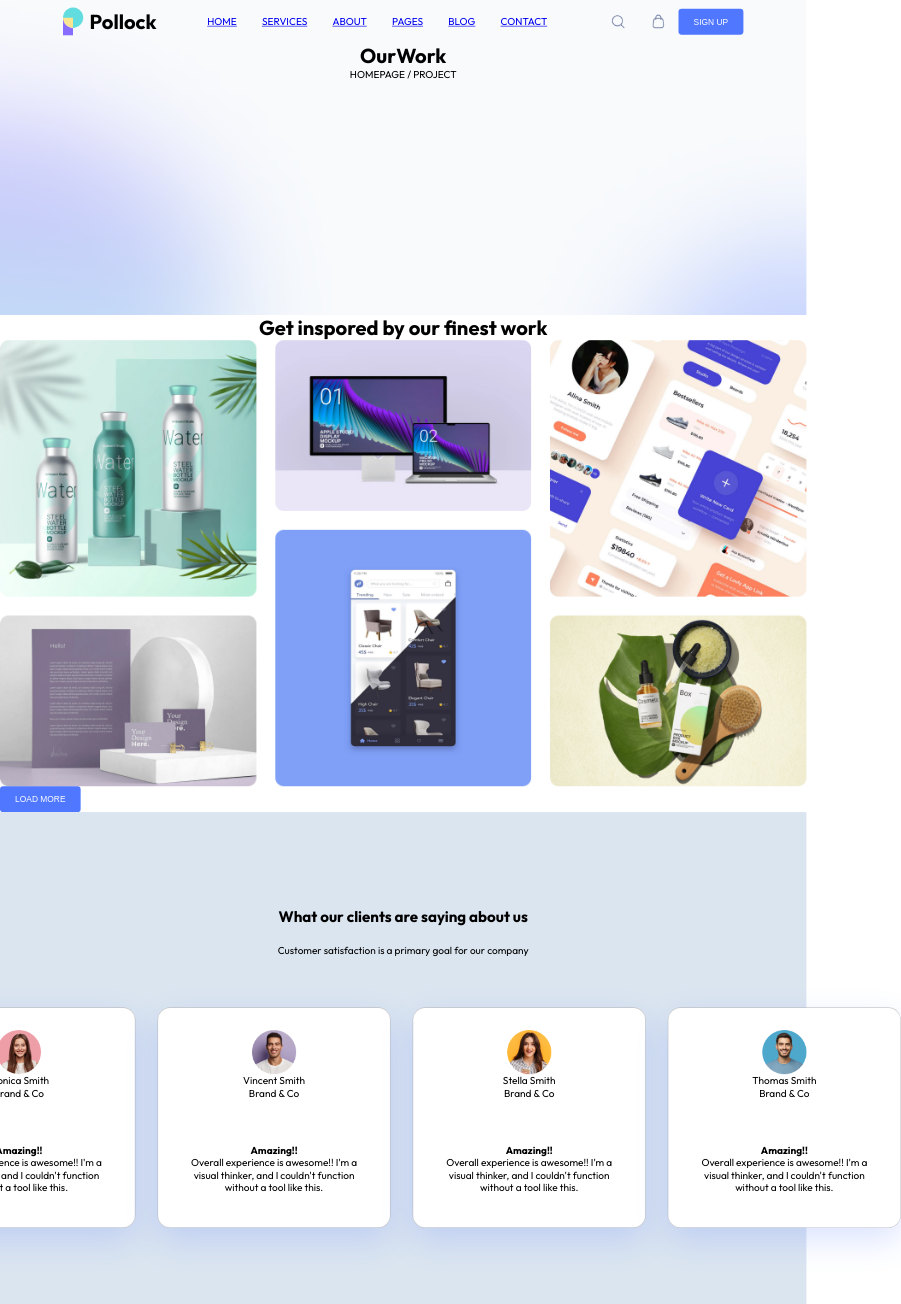
Repository: Nam936/exercises
Page: index.html
The author's editor kept a copy of each file at every save. The page is drawn from the files as they stood at one save, then again after the next save.
The browser window is 1280 px wide. The page is 1430 px wide, so the pictures cover 1430 px, including what lies to the right of the window. The pictures show the whole page, at 63% of full size.

Above is the page before, as saved 2022-12-30 14:13:58.

### index.html
<!DOCTYPE html>
<html lang="en">
<head>
    <meta charset="UTF-8">
    <meta http-equiv="X-UA-Compatible" content="IE=edge">
    <meta name="viewport" content="width=device-width, initial-scale=1.0">
    <title>Pollock</title>
    <link href="https://fonts.googleapis.com/css2?family=Outfit:wght@400;500;600;700&display=swap" rel="stylesheet">
    <link rel="stylesheet" href="style.css">
</head>
<body>
<div id="wrap">
    <div class="bg_header">
        <div class="container">
            <div class="header">
                <div class="menu_header">
                    <h1 class="logo">
                        <img src="/img/Frame_header.png" alt="logo">
                        <p class="txt_header">Pollock</p>
                    </h1>
                    <div class="lst_header">
                        <ul>
                            <li><a href="#">HOME</a></li>
                            <li><a href="#">SERVICES</a></li>
                            <li><a href="#">ABOUT</a></li>
                            <li><a href="#">PAGES</a></li>
                            <li><a href="#">BLOG</a></li>
                            <li><a href="#">CONTACT</a></li>
                        </ul>
                        </div>
                        <div class="icon_header">
                            <img class="search" src="/img/Iconex/Search_header.png" alt="">
                            <img class="cart" src="/img/Iconex/Bag_header.png" alt="">
                            <button>SIGN UP</button>
                        </div>
                    </div>
                </div>
                <div class="txt_ct">
                    <h1>OurWork</h1>
                    <p>HOMEPAGE / PROJECT</p>
                </div>
            </div>
        </div>
    </div>
    <div class="main">
        <div class="tit_main">
            <h1>Get inspored by our finest work</h1>
        </div>
            <div class="prod_main">
                <div class="prod_itm">
                    <img src="/img/main_img/1.png "alt="">
                    <img src="/img/main_img/2.png" alt="">
                </div>
                <div class="prod_itm">
                    <img src="/img/main_img/3.png" alt="">
                    <img src="/img/main_img/4.png" alt="">
                </div>
                <div class="prod_itm">
                    <img src="/img/main_img/5.png" alt="">
                    <img src="/img/main_img/6.png" alt="">
            </div>
        </div>
        <div class="button">
            <button>LOAD MORE</button>
        </div>



    <div class="member">
        <div class="head_mem">
            <div class="tit_mem">
                <h2>What our clients are saying about us</h2>
                <p>Customer satisfaction is a primary goal for our company</p>
            </div>
            <!-- <div class="scroll"></div> -->
        </div>
        <div class="slide">
            <div class="tag">
                <div class="tag_itm">
                    <div class="tag_avatar">
                        <div class="tag_cont">
                            <img src="/img/avatar/Avatar.png" alt="">
                            <div class="name_mem">
                                <span>Monica Smith</span>
                                <p>Brand & Co</p>
                            </div>
                        </div>
                    </div>
                    <div class="txt">
                        <strong>Amazing!!</strong>
                        <p>Overall experience is awesome!! I'm a visual thinker, and I couldn't function without a tool like this.</p>
                    </div>
                </div>
            </div>
            <div class="tag">
                <div class="itm">
                    <div class="tag_avatar">
                        <div class="tag_cont">
                            <img src="/img/avatar/Avatar2.png" alt="">
                            <div class="name_mem">
                                <span>Vincent Smith</span>
                                <p>Brand & Co</p>
                            </div>
                        </div>

                    </div>
                    <div class="txt">
                        <strong>Amazing!!</strong>
                        <p>Overall experience is awesome!! I'm a visual thinker, and I couldn't function without a tool like this.</p>
                    </div>
                </div>
            </div>
            <div class="tag">
                <div class="tag_itm">
                    <div class="tag_avatar">
                        <dv class="tag_cont">
                            <img src="/img/avatar/Avatar3.png" alt="">
                            <div class="name_mem">
                                <span>Stella Smith</span>
                                <p>Brand & Co</p>
                            </div>
                        </dv>
                    </div>
                    <div class="txt">
                        <strong>Amazing!!</strong>
                        <p>Overall experience is awesome!! I'm a visual thinker, and I couldn't function without a tool like this.</p>
                    </div>
                </div>
            </div>
            <div class="tag">
                <div class="tag_itm">
                    <div class="tag_avatar">
                        <div class="tag_cont">
                            <img src="/img/avatar/Avatar4.png" alt="">
                            <div class="name_mem">
                                <span>Thomas Smith</span>
                                <p>Brand & Co</p>
                            </div>
                        </div>
                    </div>
                    <div class="txt">
                        <strong>Amazing!!</strong>
                        <p>Overall experience is awesome!! I'm a visual thinker, and I couldn't function without a tool like this.</p>
                    </div>
                </div>
            </div>
        </div>
    </div>
    </div>

</div>
</body>
</html>

### style.css
* {
    margin: 0;
    padding: 0;
    box-sizing: border-box;
}
body{
    font-family: 'Outfit', sans-serif;
}

.bg_header{
    width: 100%;
    height: 500px;
    background-image: url(/img/Hero_background.png);
}
.container{
    max-width: 1170px;
    margin: 0px auto;
    padding: 0px 15px;
    width: 100%;
}
header{display: flex;}
.menu_header{display: flex;justify-content: space-around;align-items: center;}
.menu_header img{width: 32px; height: 44px;}
.logo {display: flex; align-items: center;}
.txt_header{padding-left: 10px;}
.lst_header ul{display: flex; list-style-type: none;}
.lst_header ul li{margin: 22px 20px;}

.icon_header{display: flex; align-items: center;}
.icon_header img{ width: 24px; height: 24px;}
.cart,.search{margin: 22px 20px;}
button{background-color:#4F77FF; border: 0px; border-radius: 5px; padding:13px 24px; color: #fff;}

.txt_ct{text-align: center;}


/* main_content */
.tit_main{text-align: center;}



/* .prod_main div{margin: 30px;} */

.prod_main{display:flex; gap: 30px;}
img{display: block; width: 100%;}
.prod_itm :first-child{margin-bottom: 30px;}

/* member style */
.member{background:#dbe5f0; width: 100%; height: 781px;}
.head_mem{margin-bottom: 80px;}
.tit_mem{text-align: center; padding-top: 120px;}
h2{margin: 30px;}

/*      */
.slide{display: grid; grid-template-columns: 375px 375px 375px 375px ; justify-content: center; gap: 30px;}
.tag{width: 370px; height: 350px; border: 1px solid rgba(0,0,0,0.2); border-radius: 20px; background: #fff;box-shadow: 0px 20px 50px rgba(79, 119, 255, 0.2); }
.tag_avatar img{ width: 70px; height: 70px; margin: auto;}
.tag_avatar{padding: 35px; text-align: center;}
.txt{padding: 35px; text-align: center;}

After the next save:
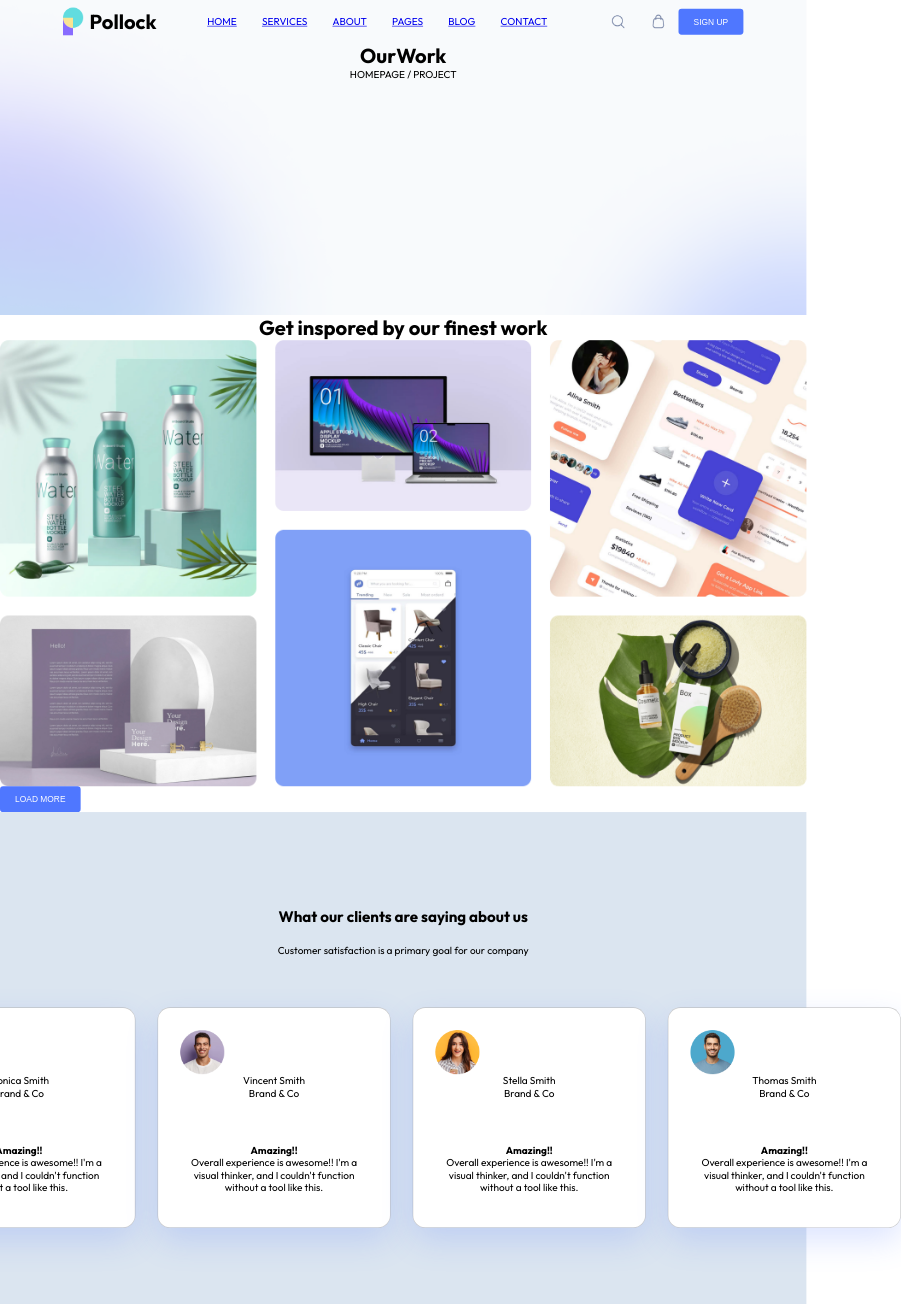
Saved 80 s later.
--- a/style.css
+++ b/style.css
@@ -54,6 +54,6 @@
 /*      */
 .slide{display: grid; grid-template-columns: 375px 375px 375px 375px ; justify-content: center; gap: 30px;}
 .tag{width: 370px; height: 350px; border: 1px solid rgba(0,0,0,0.2); border-radius: 20px; background: #fff;box-shadow: 0px 20px 50px rgba(79, 119, 255, 0.2); }
-.tag_avatar img{ width: 70px; height: 70px; margin: auto;}
+.tag_avatar img{ width: 70px; height: 70px;}
 .tag_avatar{padding: 35px; text-align: center;}
 .txt{padding: 35px; text-align: center;}

After the 2 saves that followed:
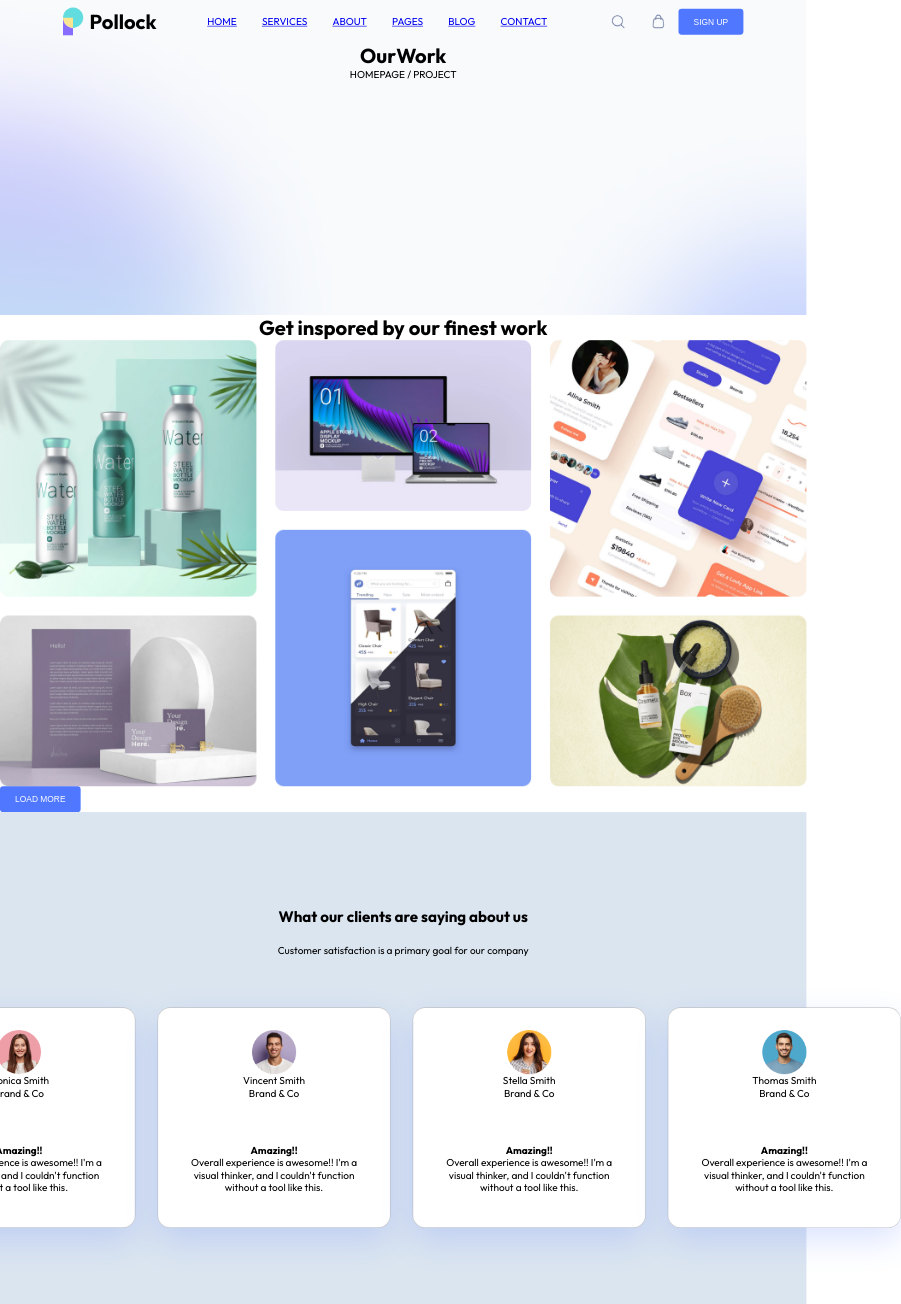
The 2 saves are shown as one change because they came seconds apart.
The last was saved 8 s later.
--- a/style.css
+++ b/style.css
@@ -54,6 +54,6 @@
 /*      */
 .slide{display: grid; grid-template-columns: 375px 375px 375px 375px ; justify-content: center; gap: 30px;}
 .tag{width: 370px; height: 350px; border: 1px solid rgba(0,0,0,0.2); border-radius: 20px; background: #fff;box-shadow: 0px 20px 50px rgba(79, 119, 255, 0.2); }
-.tag_avatar img{ width: 70px; height: 70px;}
+.tag_avatar img{ width: 70px; height: 70px; margin: auto;}
 .tag_avatar{padding: 35px; text-align: center;}
 .txt{padding: 35px; text-align: center;}
